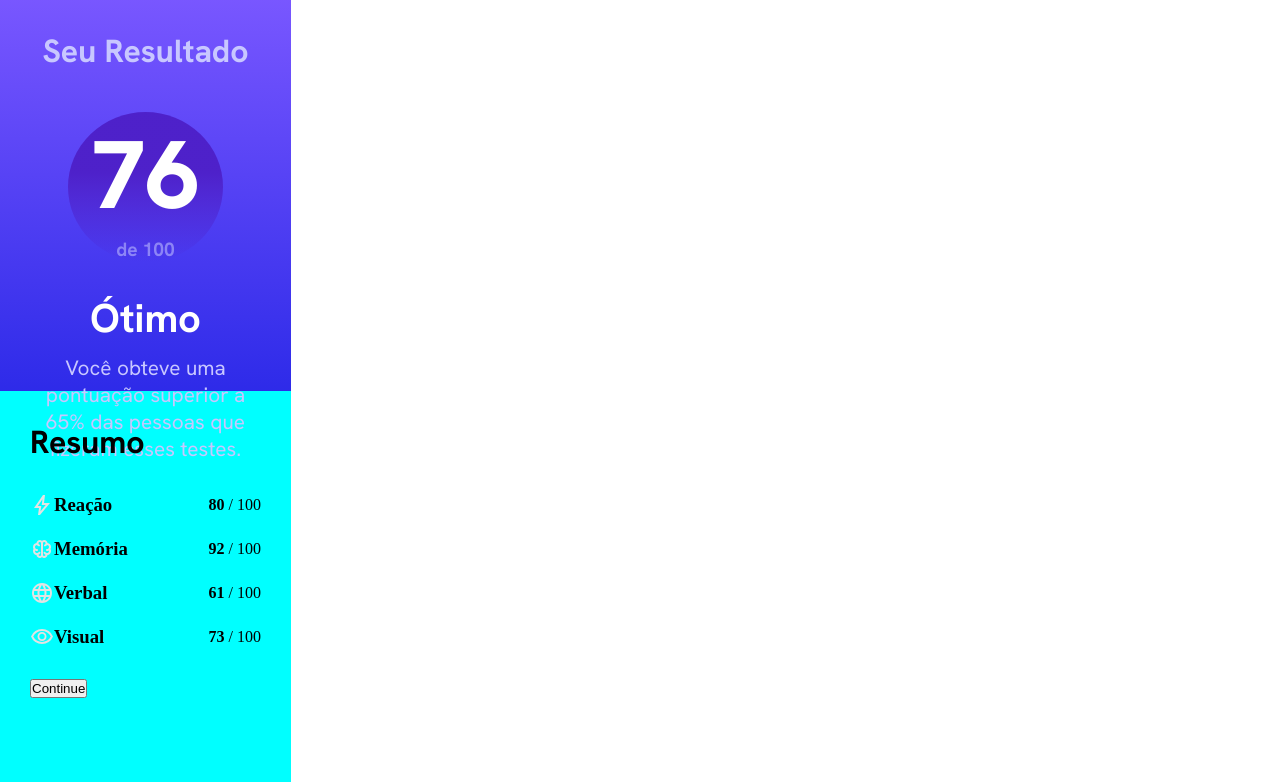
Repository: caique2512/resumo-de-resultados
Page: index.html
The author's editor kept a copy of each file at every save. The page is drawn from the files as they stood at one save, then again after a run of saves.
The browser window is 1280 px wide. The pictures show the whole page.

Above is the page before, as saved 2026-03-09 22:19:28.

### index.html
<!DOCTYPE html>
<html lang="pt-br">
<head>
    <meta charset="UTF-8">
    <meta name="viewport" content="width=device-width, initial-scale=1.0">
    <title>Resumo de Resultados</title>
    <link rel="stylesheet" href="src/css/estilos.css">
    <link rel="stylesheet" href="src/css/reset.css">
</head>
<body>
    <main class="conteudo">
        <div class="principal">
            <h1 class="titulo">Seu Resultado</h1>
            <div class="circulo">
                <h2>76</h2>
                <p>de 100</p>
            </div>
            <h2 class="avaliacao">Ótimo</h2>
            <p class="subtitle">Você obteve uma pontuação superior a 65% das pessoas que fizeram esses testes.</p>
        </div>
        <div class="resultado">
            <h1 class="titulo1">Resumo</h1>
            <div class="classes">
                <div class="resumo1">
                    <div>
                        <img src="./src/images/raio.svg" alt="Raio">
                        <h3>Reação</h3>
                    </div>
                    <p><strong>80</strong> / 100</p>
                </div>
                <div class="resumo2">
                    <div>
                        <img src="./src/images/memoria.svg" alt="Memória">
                        <h3>Memória</h3>
                    </div>
                    <p><strong>92</strong> / 100</p>
                </div>
                <div class="resumo3">
                    <div>
                        <img src="./src/images/mensagem.svg" alt="Mensagem">
                        <h3>Verbal</h3>
                    </div>
                    <p><strong>61</strong> / 100</p>
                </div>
                <div class="resumo4">
                    <div>
                        <img src="./src/images/olho.svg" alt="olho">
                        <h3>Visual</h3>
                    </div>
                    <p><strong>73</strong> / 100</p>
                </div>
            </div>
            <button class="btn-resumo">Continue</button>
        </div>
    </main>
</body>
</html>

### src/css/estilos.css
@import url('https://fonts.googleapis.com/css2?family=Hanken+Grotesk:ital,wght@0,100..900;1,100..900&display=swap');


.principal {
    background: linear-gradient(hsl(252, 100%, 67%), hsl(241, 81%, 54%));
    width: 291px;
    height: 391px;
    display: flex;
    flex-direction: column;
    align-items: center;
}

.titulo {
    color: hsl(241, 100%, 89%);
    font-family: "Hanken Grotesk";
    margin-top: 30px;
    font-size: 2rem;
}

.circulo {
    background: linear-gradient(hsla(256, 72%, 46%, 1) 40%, hsla(241, 72%, 46%, 0));
    width: 155px;
    height: 155px;
    border-radius: 50%;
    display: flex;
    align-items: center;
    justify-content: center;
    flex-direction: column;
    margin-top: 2.5rem;
}

.circulo h2 {
    font-size: 6rem;
    font-family: "Hanken Grotesk";
    font-weight: 800;
    color: hsl(0, 0%, 100%);
}

.circulo p {
    color: hsla(241, 100%, 89%, 0.538);
    font-family: "Hanken Grotesk";
    font-weight: 700;
    font-size: 1.2rem;
}

.principal .avaliacao {
    color: white;
    font-family: "Hanken Grotesk";
    margin-top: 30px;
    font-size: 2.5rem;

}

.principal .subtitle {
    color: hsl(241, 100%, 89%);
    font-family: "Hanken Grotesk";
    width: 230px;
    display: flex;
    text-align: center;
    margin: 10px;
    font-size: 1.3rem;
}

.resultado {
    background-color: aqua;
    width: 291px;
    height: 391px;
    padding: 30px;
}

.resultado .titulo1 {
    color: #000000;
    font-family: "Hanken Grotesk";
}

.resultado .classes {
    display: flex;
    flex-direction: column;
    gap: 20px;
    margin: 30px 0px;
}

.resultado .classes .resumo1 div {
    display: flex;
    align-items: center;
}

.resultado .classes .resumo1{
    display: flex;
    align-items: center;
    justify-content: space-between;
}

.resultado .classes .resumo2 div {
    display: flex;
    align-items: center;
}

.resultado .classes .resumo2{
    display: flex;
    align-items: center;
    justify-content: space-between;
}

.resultado .classes .resumo3 div {
    display: flex;
    align-items: center;
}

.resultado .classes .resumo3{
    display: flex;
    align-items: center;
    justify-content: space-between;
}

.resultado .classes .resumo4 div {
    display: flex;
    align-items: center;
}

.resultado .classes .resumo4{
    display: flex;
    align-items: center;
    justify-content: space-between;
}

### src/css/reset.css


* {
    margin: 0;
    padding: 0;
    box-sizing: border-box;
}

After the next 4 saves:
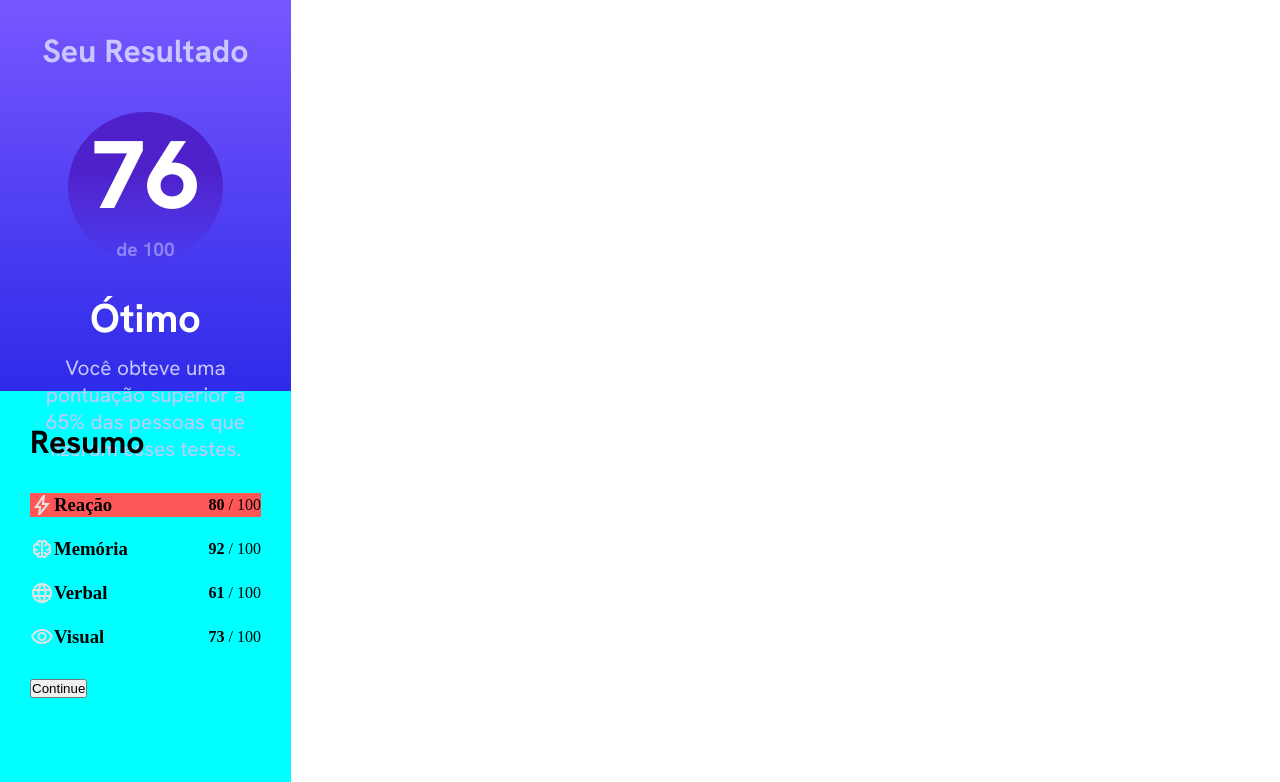
The 4 saves are shown as one change because they came seconds apart.
The last was saved 62 s later.
--- a/src/css/estilos.css
+++ b/src/css/estilos.css
@@ -89,6 +89,7 @@
     display: flex;
     align-items: center;
     justify-content: space-between;
+    background-color: hsl(0, 100%, 67%);
 }
 
 .resultado .classes .resumo2 div {

After the save that followed:
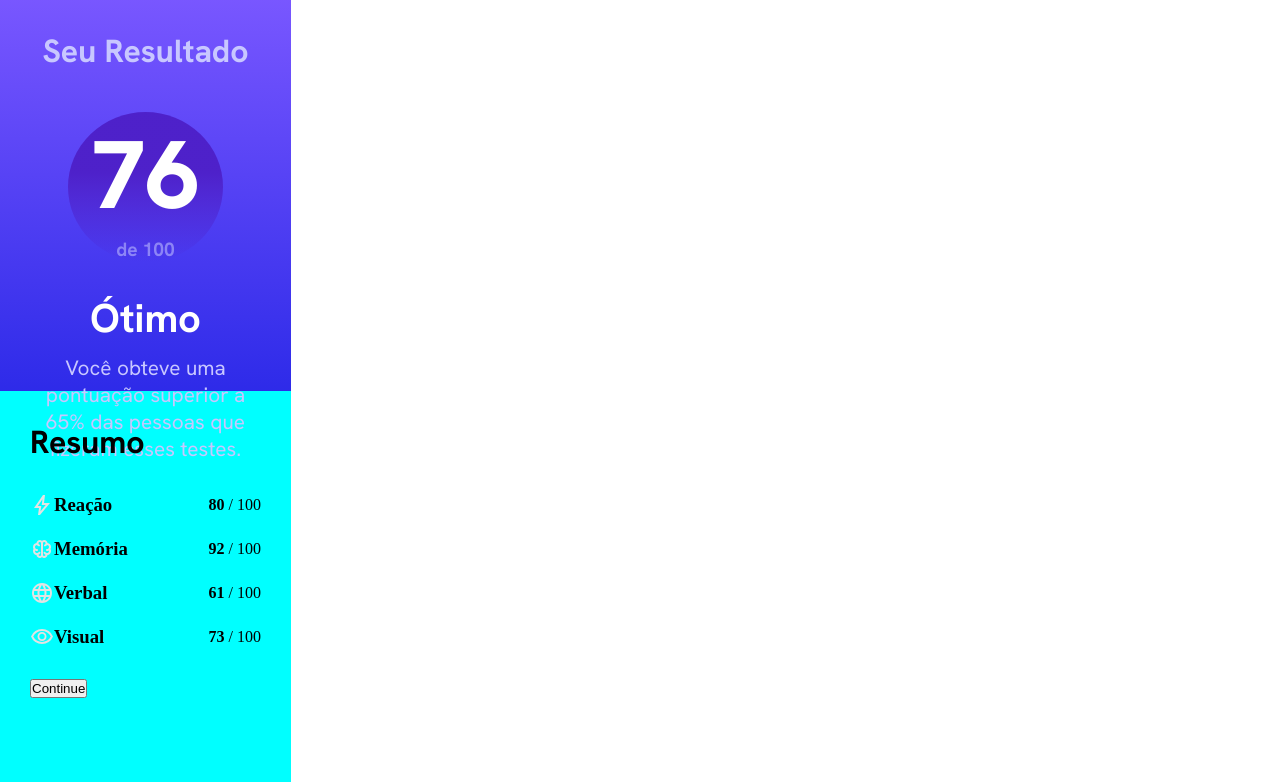
Saved 21 s later.
--- a/src/css/estilos.css
+++ b/src/css/estilos.css
@@ -89,7 +89,7 @@
     display: flex;
     align-items: center;
     justify-content: space-between;
-    background-color: hsl(0, 100%, 67%);
+    background-color:;
 }
 
 .resultado .classes .resumo2 div {
